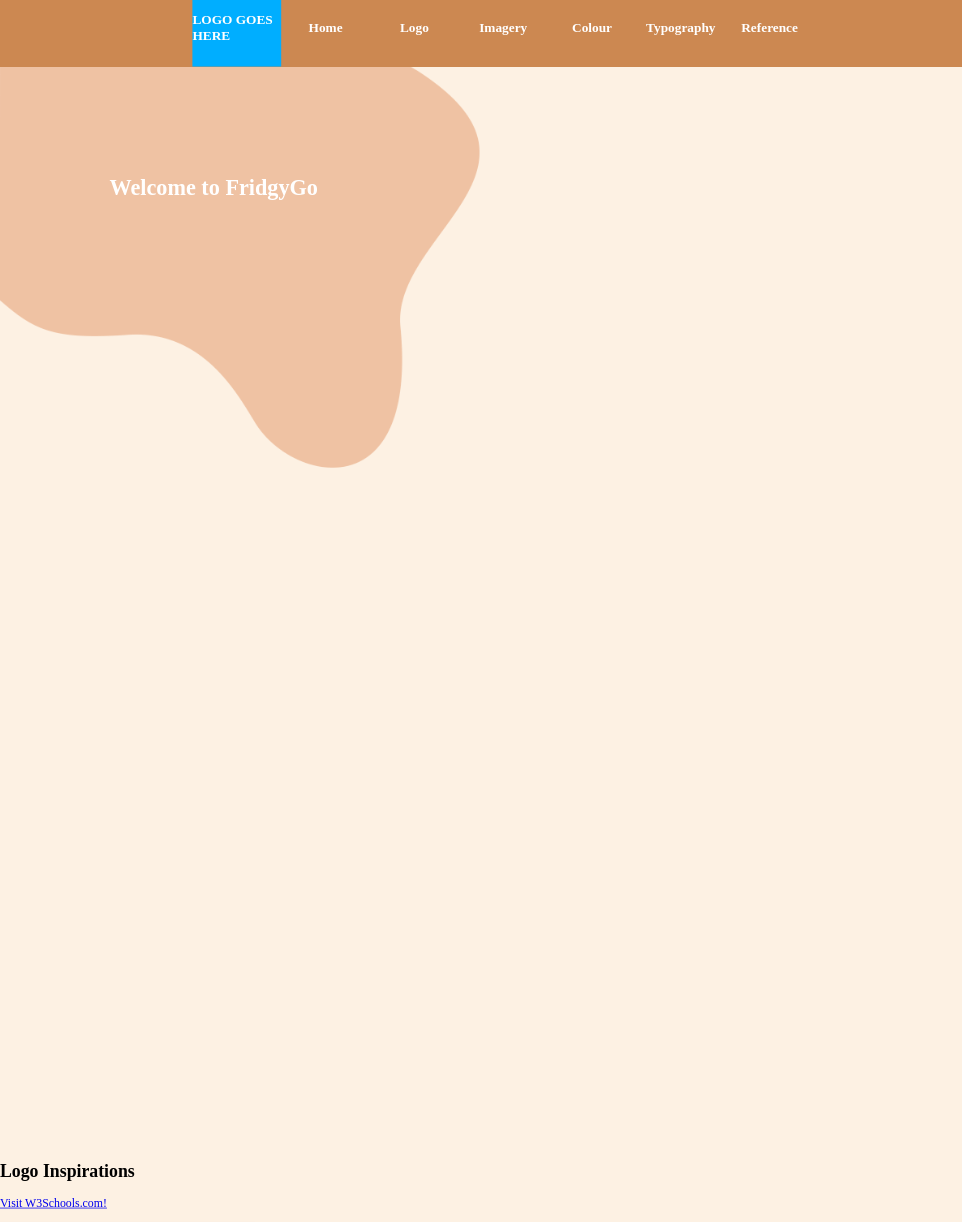
Repository: anagarango/fridgygostyle
Page: htmls/imagery.html
The author's editor kept a copy of each file at every save. The page is drawn from the files as they stood at one save, then again after the next save.
The browser window is 1280 px wide. The page is 1300 px wide, then 1280 px, then 1300 px, so the pictures cover 1300 px, including what lies to the right of the window. The pictures show the whole page, at 74% of full size.

Above is the page before, as saved 2022-03-22 18:36:24.

### htmls/imagery.html
<!DOCTYPE html>
<html lang="en">
<head>
    <meta charset="UTF-8">
    <meta http-equiv="X-UA-Compatible" content="IE=edge">
    <meta name="viewport" content="width=device-width, initial-scale=1.0">
    <title>Document</title>
    <style>
        html{
            background-color: rgb(253, 241, 227);
        }
        body{
            margin: -10px 0 0 0;
        }
        .header{
            display: flex;
            position: fixed;
            margin-top: -5px;
            background-color: rgb(204, 136, 81);
            height: 105px;
            width: 100vw;
            justify-content: center;
            align-items: center;
            z-index: 1;
        }
        .header > a {
            display: flex;
            justify-content: center;
            align-items: center;
            width: 120px;
            height: 100%;
            font-size: 18px;
            color: white;
            text-decoration: none;
            font-weight: 600;
        }
        .header > .hover:hover {
            font-size: 20px;
            background-color: #efc2a3;
            color: rgb(163, 98, 45);
            transition: 0.3s;
            font-weight: 800;
        }
        .logo {
            width: 100px;
            height: 100%;
            background-color: rgb(0, 174, 255);
        }
        .blob{
            width: 650px;
            margin-top: -16px;
        }
        .welcome{
            position: relative;
            color: white;
            top: -400px;
            left: 150px;
            font-size: 30px;
            font-weight: 900;
        }
        .welcomeblob{
            margin: 0 0 0 -2px;
            /* background-color: black; */
            width: 90%;
        }
        .hey{
            margin-top: 900px;
        }
    </style>
</head>
<body>
    <ul class="header">
        <a class="logo" href="index.html">LOGO GOES HERE</a>
        <a class="hover" href="index.html">Home</a>
        <a class="hover" href="logo.html">Logo</a>
        <a class="hover" href="imagery.html">Imagery</a>
        <a class="hover" href="colour.html">Colour</a>
        <a class="hover" href="typo.html">Typography</a>
        <a class="hover" href="ref.html">Reference</a>
    </ul>
    <div class="welcomeblob">
        <img class="blob" src="imgs/blob.png">
        <div class="welcome">Welcome to FridgyGo</div>
    </div>
    <div class="hey"></div>
    <div class="logo_inspirations">
        <h2>Logo Inspirations</h2>
        <p><a href="https://www.w3schools.com/">Visit W3Schools.com!</a></p>
        <a href="https://images.app.goo.gl/YvAe3U6mUVQ1jqnE8"></a>
    </div>
</body>
</html>

After the next save:
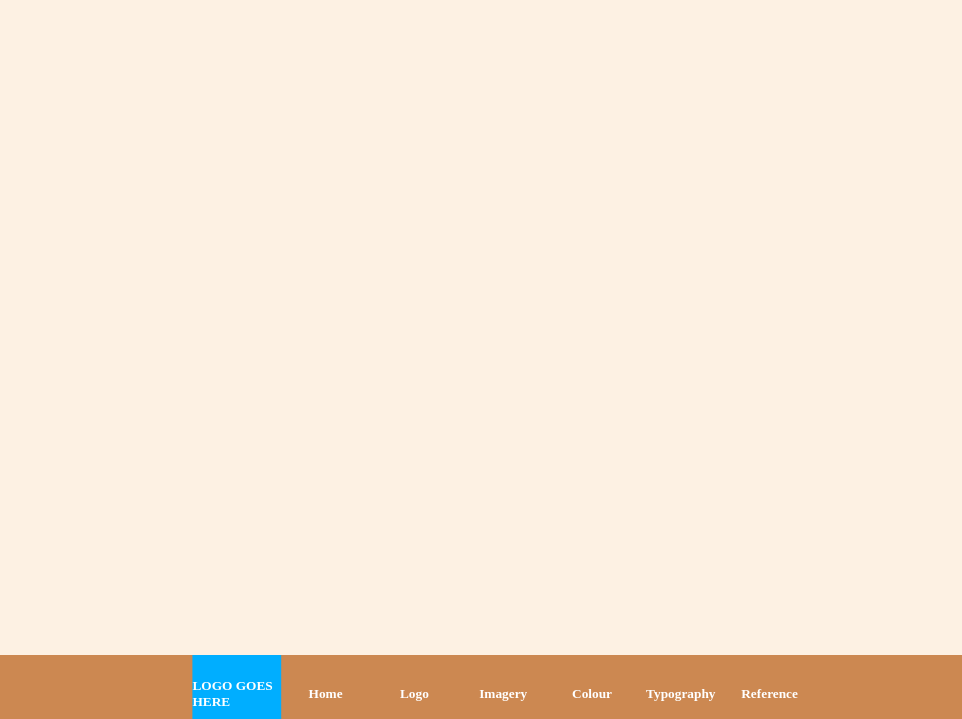
Saved 12 s later.
--- a/htmls/imagery.html
+++ b/htmls/imagery.html
@@ -78,10 +78,6 @@
         <a class="hover" href="typo.html">Typography</a>
         <a class="hover" href="ref.html">Reference</a>
     </ul>
-    <div class="welcomeblob">
-        <img class="blob" src="imgs/blob.png">
-        <div class="welcome">Welcome to FridgyGo</div>
-    </div>
     <div class="hey"></div>
     <div class="logo_inspirations">
         <h2>Logo Inspirations</h2>

After the save that followed:
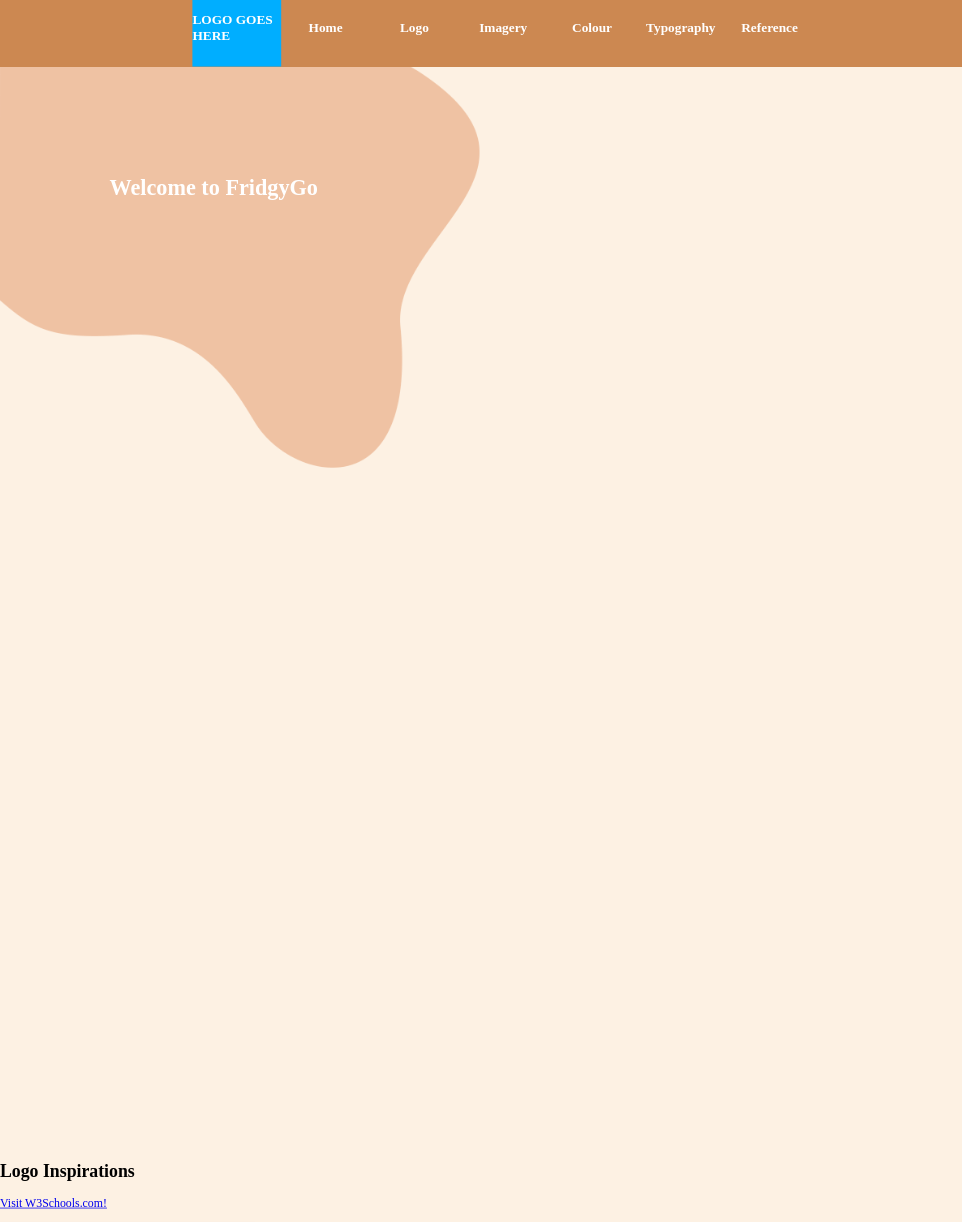
Saved 7 s later.
--- a/htmls/imagery.html
+++ b/htmls/imagery.html
@@ -78,6 +78,10 @@
         <a class="hover" href="typo.html">Typography</a>
         <a class="hover" href="ref.html">Reference</a>
     </ul>
+    <div class="welcomeblob">
+        <img class="blob" src="imgs/blob.png">
+        <div class="welcome">Welcome to FridgyGo</div>
+    </div>
     <div class="hey"></div>
     <div class="logo_inspirations">
         <h2>Logo Inspirations</h2>
